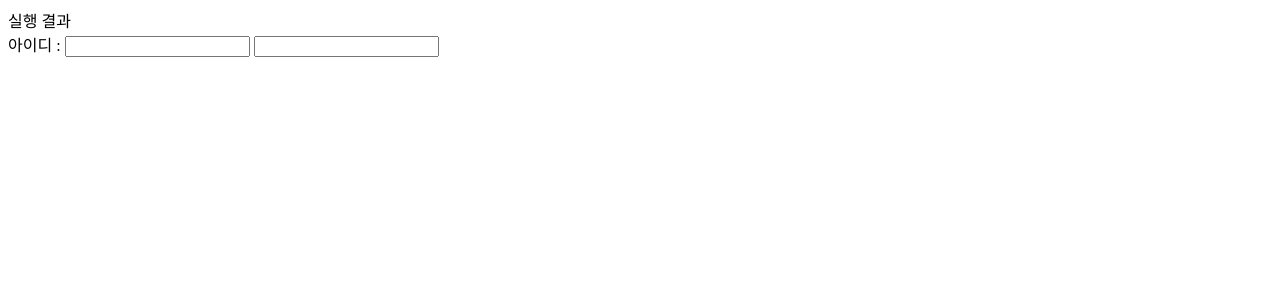
Repository: shouvoo/bitAcademy
Page: work/jsp/06_javascript/WebContent/08_ajax/test11_quiz.html
An editor plug-in stored every save of this project. The page is shown before and after the next save, followed by the edit.
The browser window is 1280 px wide. The pictures show the whole page.
Some web libraries are served in a nearby version.

Above is the page before, as saved 2017-11-15 07:24:35.

### work/jsp/06_javascript/WebContent/08_ajax/test11_quiz.html
<!DOCTYPE html>
<html>
<head>
<meta charset="UTF-8">
<title>Insert title here</title>
<script
  src="https://code.jquery.com/jquery-3.2.1.js"
  integrity="sha256-DZAnKJ/6XZ9si04Hgrsxu/8s717jcIzLy3oi35EouyE="
  crossorigin="anonymous">
</script>
</head>
<body>
	<div id="result">실행 결과</div>
	아이디 : <input type="text" name="id">
	<input type="text" name="result">
</body>

<script type="text/javascript">

	$("input").keyup(function(){
		$.ajax({
			url : "test11_quiz",
			dataType : "json",
			success : (data) =>
			{
				var members = data; // ECMA 5버젼 이후 방식
				var html = "";

				for(var i = 0; i < members.length; i++)
				{
					var m = members[i];
					console.log($(this).val(), m.name)

				}


			}
		})
	});

</script>

</html>

After the next save:
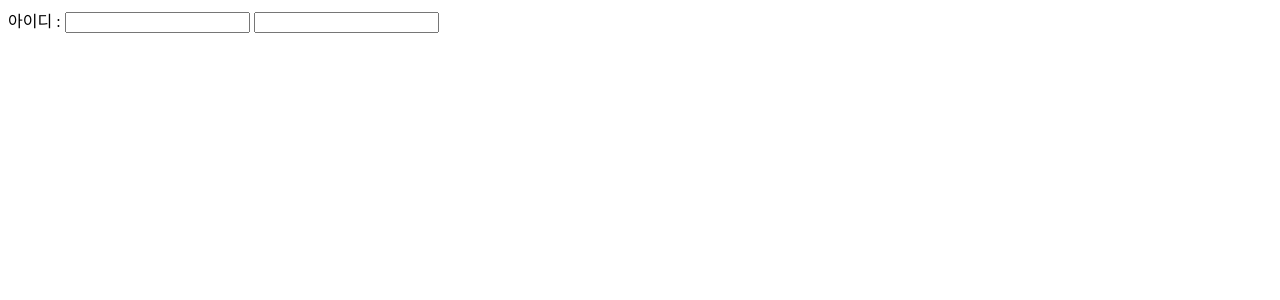
Saved 4 s later.
--- a/work/jsp/06_javascript/WebContent/08_ajax/test11_quiz.html
+++ b/work/jsp/06_javascript/WebContent/08_ajax/test11_quiz.html
@@ -10,7 +10,6 @@
 </script>
 </head>
 <body>
-	<div id="result">실행 결과</div>
 	아이디 : <input type="text" name="id">
 	<input type="text" name="result">
 </body>
